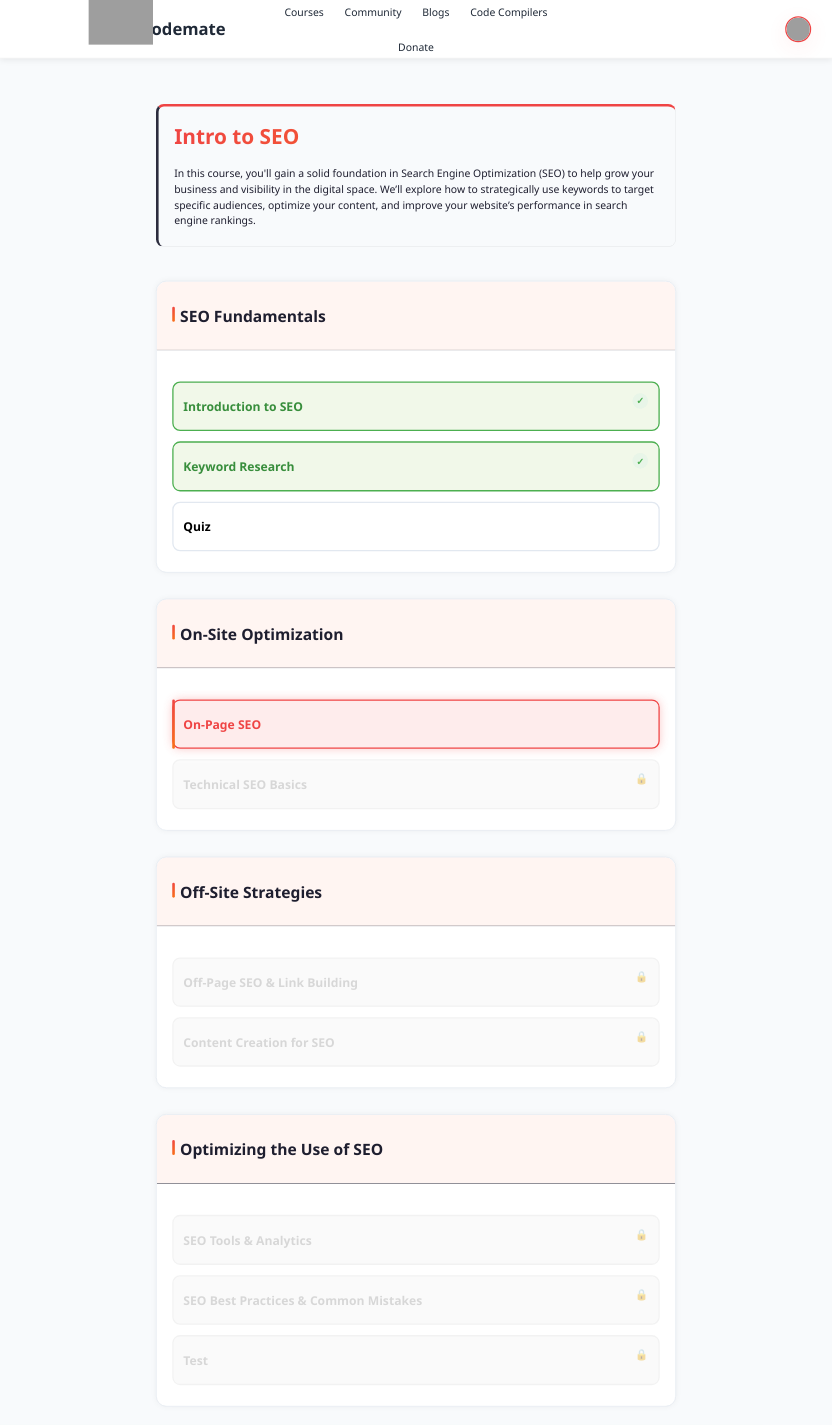
Repository: Duskofnight/code-website
Page: intro-to-seo.html
These files come from the project's save history. The page is drawn as it stood at one moment and after the next save; the edit follows.
The browser window is 1280 px wide. The pictures show the whole page, at 65% of full size.
Pictures or frames that could not be fetched are drawn as grey boxes.

Above is the page before, as saved 2025-08-12 19:05:59.

After the next save:
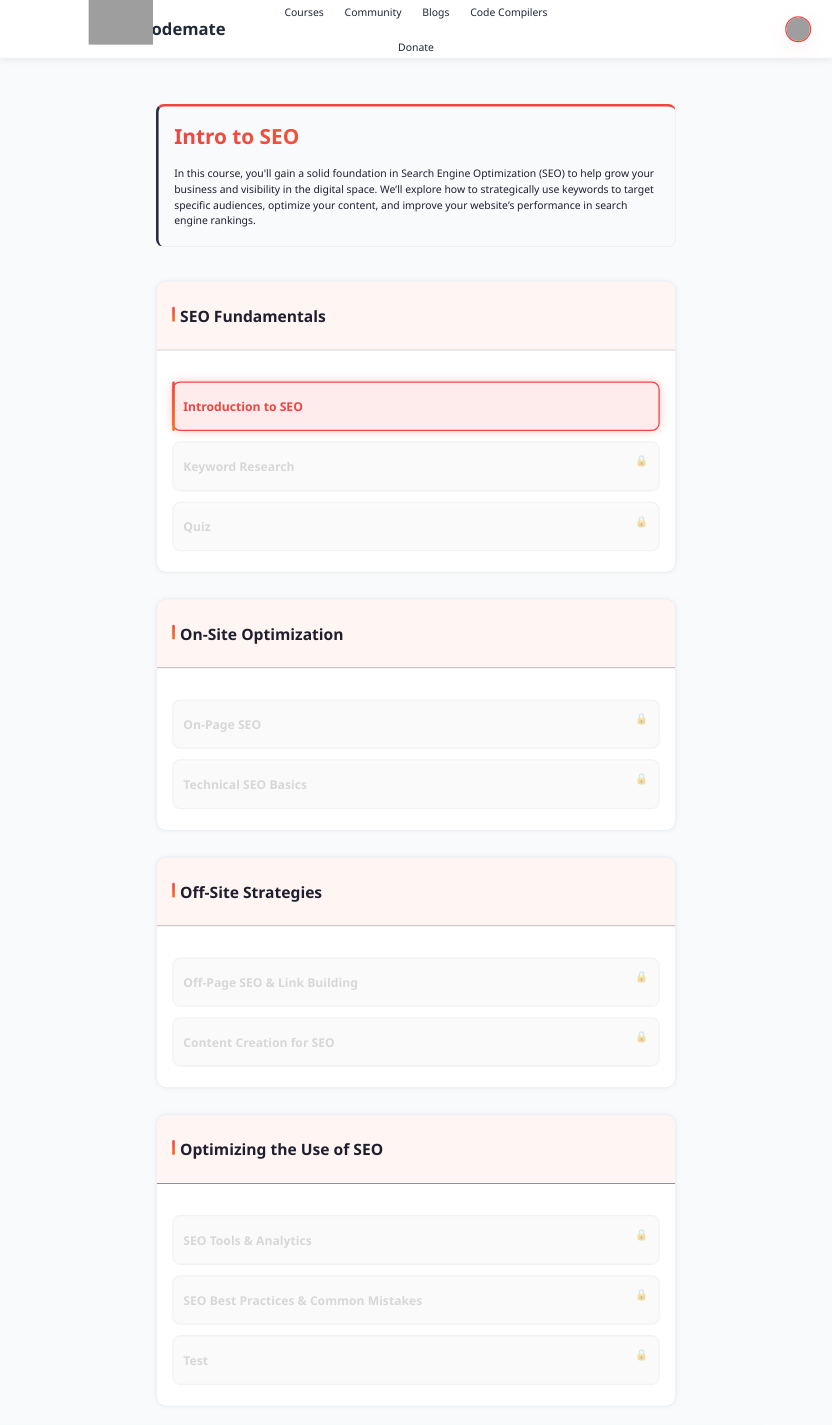
Saved 42 s later.
--- a/intro-to-seo.js
+++ b/intro-to-seo.js
@@ -16,9 +16,9 @@ function logout() {
 
 // Lesson completion tracking
 const lessonProgress = {
-    completed: ['introduction', 'keyword'], // Example completed lessons
-    current: 'on-page', // Current lesson
-    unlocked: ['introduction', 'keyword', 'seo-quiz', 'on-page'] // Unlocked lessons
+    completed: [], // No completed lessons
+    current: 'introduction', // Start with first lesson
+    unlocked: ['introduction'] // Only first lesson unlocked
 };
 
 // Initialize lesson states on page load
